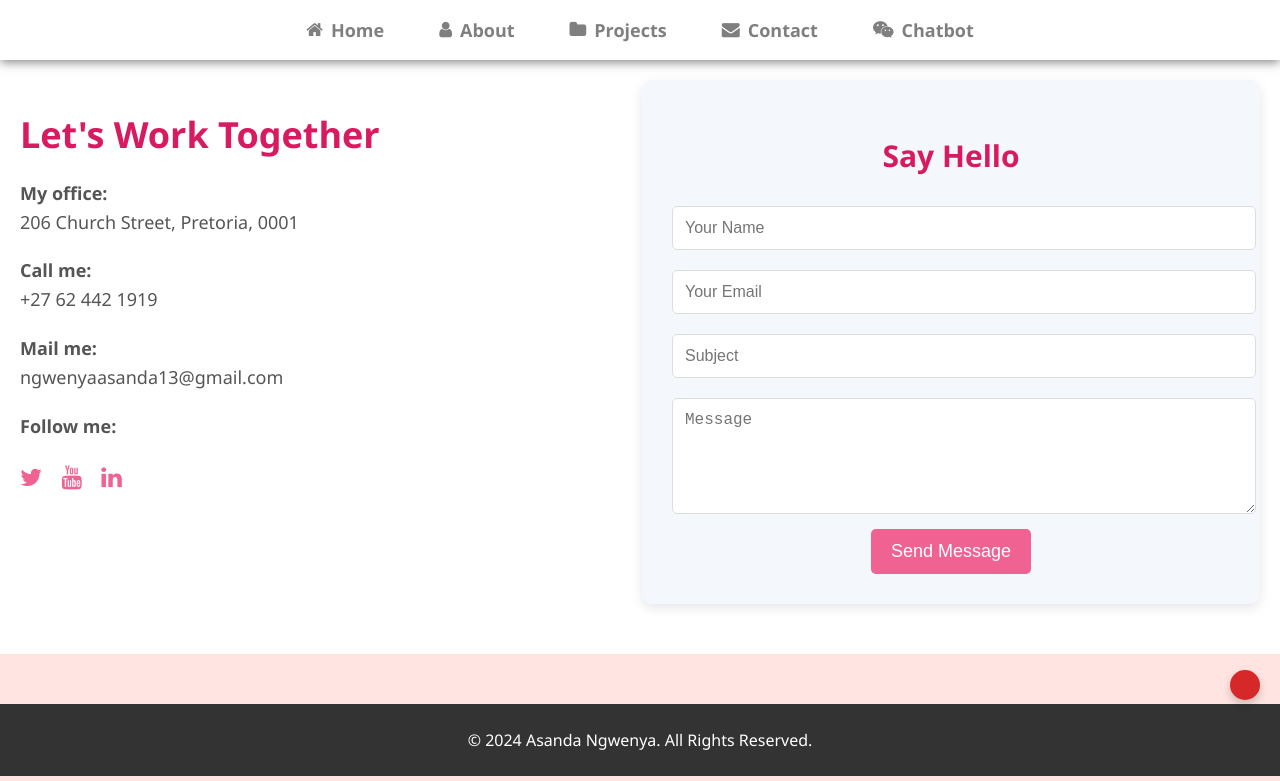
Repository: asandan8106/Asanda-sPortfolio
Page: Portfolio/contact.html
An editor plug-in stored every save of this project. The page is shown before and after a run of saves, followed by the edit.
The browser window is 1280 px wide. The pictures show the whole page.

Above is the page before, as saved 2025-05-19 14:16:29.

### Portfolio/contact.html
<!DOCTYPE html>
<html lang="en">
<head>
    <meta charset="UTF-8">
    <meta name="viewport" content="width=device-width, initial-scale=1.0">
    <title>Contact Us</title>
    <link rel="stylesheet" href="https://cdnjs.cloudflare.com/ajax/libs/font-awesome/4.7.0/css/font-awesome.min.css">
      <link rel="stylesheet" href="styles/CSS/contact.css" />

</head>
<body>

    <!-- Navigation Bar -->
    <header>
        <nav class="navbar">
            <div class="icon-bar">
                <a href="index.html"><i class="fa fa-home"></i><span>Home</span></a>
                <a href="About.html"><i class="fa fa-user"></i><span>About</span></a>
                <a href="project.html"><i class="fa fa-folder"></i><span>Projects</span></a>
                <a href="contact.html"><i class="fa fa-envelope"></i><span>Contact</span></a>
                <a href="chatbot.html"><i class="fa fa-wechat"></i><span>Chatbot</span></a>
            </div>
        </nav>
    </header>

    <!-- Contact Section -->
    <section class="contact-section">
        <div class="contact-container">
            <!-- Contact Information -->
            <div class="contact-info">
                <h1>Let's Work Together</h1>
                <p><strong>My office:</strong><br>206 Church Street, Pretoria, 0001</p>
                <p><strong>Call me:</strong><br>+27 62 442 1919</p>
                <p><strong>Mail me:</strong><br>ngwenyaasanda13@gmail.com</p>
                <p><strong>Follow me:</strong></p>
                <div class="social-icons">
                    <a href="https://www.twitter.com/NgwenyaAN?t=rSr5NJFgYeAspSVYoNGzhA&s=09"><i class="fa fa-twitter"></i></a>
                    <a href="https://fa-youtube.com/@asanda-ngwenya7207?siMnRrGemXOtye"><i class="fa fa-youtube"></i></a>
                    <a href="https://www.linkedin.com/in/asanda-ngwenya-b72b5b2a9"><i class="fa fa-linkedin"></i></a>
                </div>
            </div>

            <!-- Contact Form -->
            <div class="contact-form">
                <h2>Say Hello</h2>
                <form>
                    <input type="text" placeholder="Your Name" required>
                    <input type="email" placeholder="Your Email" required>
                    <input type="text" placeholder="Subject" required>
                    <textarea placeholder="Message" rows="5" required></textarea>
                    <button type="submit">Send Message</button>
                </form>
            </div>
        </div>
    </section>
<!-- Floating Chatbot Icon for global navigation -->
  <a href="chatbot.html" class="chatbot-float" aria-label="Open Chatbot">
    <i class="fas fa-robot"></i>
  </a>
    <!-- Footer -->
    <footer>
        <p>&copy; 2024 Asanda Ngwenya. All Rights Reserved.</p>
    </footer>

</body>
</html>

### Portfolio/styles/CSS/contact.css
   /* General Styles */
        body {
            font-family: 'Segoe UI', Tahoma, Geneva, Verdana, sans-serif;
            margin: 0;
            padding: 0;
            background-color: #ffe4e1; /* Soft Pink */
            color: #333; /* Dark text */
        }

        h1, h2 {
            color: #d81b60; /* Dark pink */
        }

        a {
            text-decoration: none;
            color: #f06292; /* Light pink */
        }

        a:hover {
            text-decoration: underline;
        }

        /* Navigation Bar */
        .navbar {
    display: flex;
    justify-content: center;
    align-items: center;
    background:#fff; /* Transparent black for overlay effect */
    position: fixed;
    top: 0;
    width: 100%;
    height: 60px;
    z-index: 100;
    box-shadow: 0px 2px 10px rgba(0, 0, 0, 0.5);
}

.navbar .icon-bar {
    display: flex;
    gap: 25px;
}

.navbar .icon-bar a {
    text-decoration: none;
    color:rgba(0, 0, 0, 0.5);
    font-size: 18px;
    font-weight: bold;
    display: flex;
    align-items: center;
    transition: color 0.3s, background 0.3s;
    padding: 8px 15px;
    border-radius: 5px;
}

.navbar .icon-bar a i {
    margin-right: 8px;
}

.navbar .icon-bar a:hover {
    color: #d62828;
    background: rgba(255, 255, 255, 0.2);
}

.navbar .icon-bar a span {
    display: inline-block;
}

.navbar-right a:hover {
    color: #ff66b2;
}

        /* Contact Section */
        .contact-section {
            padding: 50px 20px;
            background-color: white;
            text-align: center;
        }

        .contact-container {
            display: flex;
            justify-content: space-between;
            gap: 30px;
            margin-top: 30px;
        }

        .contact-info {
            width: 45%;
            text-align: left;
        }

        .contact-info h1 {
            font-size: 36px;
            color: #d81b60; /* Dark pink */
            margin-bottom: 20px;
        }

        .contact-info p {
            font-size: 18px;
            line-height: 1.6;
            color: #555;
            margin-bottom: 20px;
        }

        .social-icons a {
            color: #f06292; /* Light pink */
            font-size: 24px;
            margin-right: 15px;
            transition: color 0.3s ease;
        }

        .social-icons a:hover {
            color: #d81b60; /* Dark pink */
        }

        .contact-form {
            width: 45%;
            background-color: #f4f7fb;
            padding: 30px;
            border-radius: 10px;
            box-shadow: 0 4px 12px rgba(0, 0, 0, 0.1);
        }

        .contact-form h2 {
            font-size: 30px;
            color: #d81b60;
            margin-bottom: 20px;
        }

        .contact-form form input, .contact-form form textarea {
            width: 100%;
            padding: 12px;
            margin: 10px 0;
            border-radius: 5px;
            border: 1px solid #ddd;
            font-size: 16px;
        }

        .contact-form form button {
            background-color: #f06292; /* Light pink */
            color: white;
            font-size: 18px;
            padding: 12px 20px;
            border-radius: 5px;
            border: none;
            cursor: pointer;
            transition: background-color 0.3s ease;
        }

        .contact-form form button:hover {
            background-color: #ec407a; /* Slightly darker pink */
        }
        .chatbot-float {
     position: fixed;
    bottom: 20px;
    right: 20px;
    background-color: #d62828;
    color: #fff;
    padding: 15px;
    border-radius: 50%;
    text-align: center;
    box-shadow: 0 4px 8px rgba(0, 0, 0, 0.2);
    transition: background 0.3s ease;
    z-index: 999;
}

.chatbot-float i {
    font-size: 22px;
}

.chatbot-float:hover {
    background-color: #b71c1c;
}

        /* Footer */
        footer {
            background-color: #333; /* Black */
            color: white;
            padding: 20px;
            text-align: center;
            margin-top: 50px;
        }

        footer p {
            margin: 5px 0;
        }

        footer a {
            color: #f06292; /* Light pink */
            text-decoration: none;
            font-weight: bold;
        }

        footer a:hover {
            text-decoration: underline;
        }

        /* Responsive Design */
        @media screen and (max-width: 768px) {
            .contact-container {
                flex-direction: column;
                align-items: center;
            }

            .contact-info, .contact-form {
                width: 80%;
            }
        }

        @media screen and (max-width: 480px) {
            .navbar .icon-bar a {
                font-size: 18px;
                margin: 0 8px;
            }

            .contact-form form button {
                font-size: 16px;
            }
        }

After the next 2 saves:
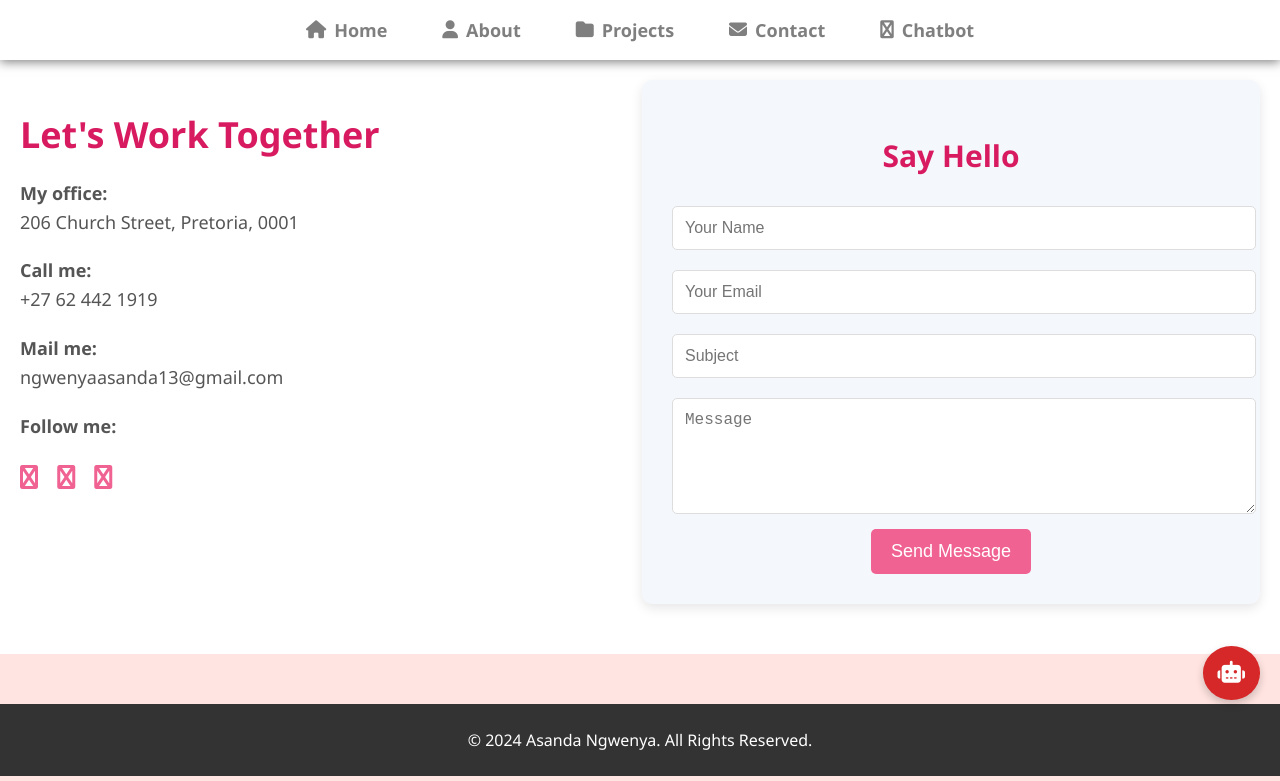
The 2 saves are shown as one change because they came seconds apart.
The last was saved 64 s later.
--- a/Portfolio/contact.html
+++ b/Portfolio/contact.html
@@ -5,6 +5,11 @@
     <meta name="viewport" content="width=device-width, initial-scale=1.0">
     <title>Contact Us</title>
     <link rel="stylesheet" href="https://cdnjs.cloudflare.com/ajax/libs/font-awesome/4.7.0/css/font-awesome.min.css">
+    <link
+  href="https://cdnjs.cloudflare.com/ajax/libs/font-awesome/6.5.0/css/all.min.css"
+  rel="stylesheet"
+/>
+
       <link rel="stylesheet" href="styles/CSS/contact.css" />
 
 </head>
